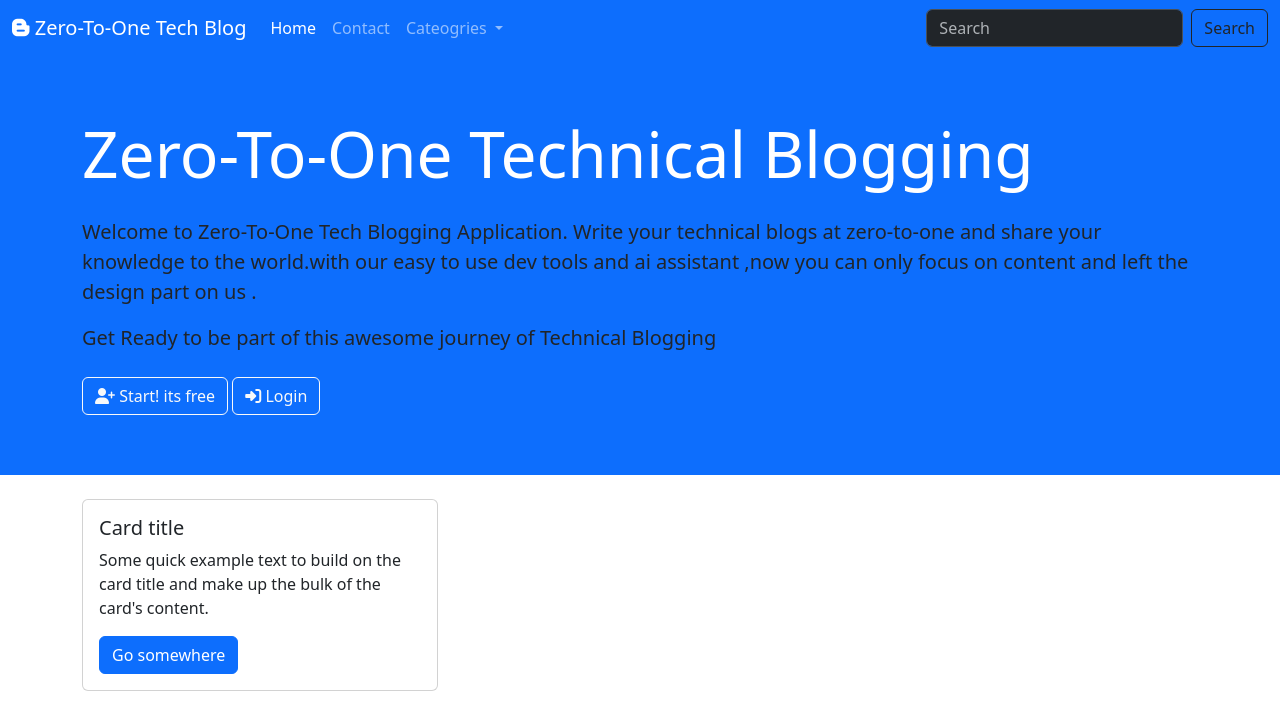
Repository: Gaurav560/PROJECT-ZeroToOne-TechBlog
Page: http://localhost/ZeroToOne/
These files come from the project's save history. The page is drawn as it stood at one moment and after the next save; the edit follows.
The browser window is 1280 px wide. The pictures show the whole page.
Some web libraries are served in a nearby version. The page is served by Tomcat 9. Other server files are loaded and not shown.

Above is the page before, as saved 2023-04-29 07:50:30.

### ZeroToOne/src/main/webapp/index.jsp
<%@page import="com.blog.helper.ConnectionProvider"%>
<%@page import="java.sql.Connection"%>
<%@ page language="java" contentType="text/html; charset=ISO-8859-1"
	pageEncoding="ISO-8859-1"%>
<!DOCTYPE html>
<html>
<head>
<meta charset="ISO-8859-1">
<title>Index page</title>
<!--  Bootstrap css-->
<link
	href="https://cdn.jsdelivr.net/npm/bootstrap@5.3.0-alpha3/dist/css/bootstrap.min.css"
	rel="stylesheet"
	integrity="sha384-KK94CHFLLe+nY2dmCWGMq91rCGa5gtU4mk92HdvYe+M/SXH301p5ILy+dN9+nJOZ"
	crossorigin="anonymous">
<!--css  -->
<link href="css/style.css" rel="stylesheet" type="text/css" />
<!-- font-awesome -->
<script src="https://kit.fontawesome.com/d52455da93.js"
	crossorigin="anonymous"></script>
</head>
<body>
	<%@include file="indexNavbar.jsp"%>

	<!-- jumbotron starts here -->
	<div class="container-fluid m-0 p-0 ">
		<div class="ki bg-primary text-white">
			<div class="container">

				<h3 class="display-3 pb-3">Zero-To-One Technical Blogging</h3>
				<p class="fs-5 text-dark">Welcome to Zero-To-One Tech Blogging
					Application. Write your technical blogs at zero-to-one and share
					your knowledge to the world.with our easy to use dev tools and ai
					assistant ,now you can only focus on content and left the design
					part on us .</p>
				<p class="fs-5 text-dark pb-2">Get Ready to be part of this
					awesome journey of Technical Blogging</p>
				<p></p>
				<button class="btn  btn-outline-light">
					<i class="fa-solid fa-user-plus"></i> Start! its free
				</button>
				<button class="btn   btn-outline-light">
					<i class="fa-solid fa-right-to-bracket"></i> Login
				</button>
			</div>
		</div>
	</div>
	<!-- jumbotron ends here -->
<br>
<!--cards starts here  -->
<div class="container">
<div class="row">

<div class="col-md-4">


<div class="card">

  <div class="card-body">
    <h5 class="card-title">Card title</h5>
    <p class="card-text">Some quick example text to build on the card title and make up the bulk of the card's content.</p>
    <a href="#" class="btn btn-primary text-center">Go somewhere</a>
  </div>
</div>
</div>

</div>


</div>
<!-- cards end here -->


	<!-- jquery cdn -->
	<script src="https://code.jquery.com/jquery-3.6.4.min.js"
		integrity="sha256-oP6HI9z1XaZNBrJURtCoUT5SUnxFr8s3BzRl+cbzUq8="
		crossorigin="anonymous">

	</script>

	<!-- js  -->

	<script
		src="https://cdn.jsdelivr.net/npm/bootstrap@5.3.0-alpha3/dist/js/bootstrap.bundle.min.js"
		integrity="sha384-ENjdO4Dr2bkBIFxQpeoTz1HIcje39Wm4jDKdf19U8gI4ddQ3GYNS7NTKfAdVQSZe"
		crossorigin="anonymous"></script>
	<script src="js/myjs.js" type="text/javascript"></script>

</body>
</html>

### ZeroToOne/src/main/webapp/indexNavbar.jsp
<nav class="navbar navbar-expand-lg  bg-primary dar "   data-bs-theme="dark">
	<div class="container-fluid">

         <a class="navbar-brand" href="#"><i class="fa-brands fa-blogger-b"></i> Zero-To-One Tech Blog </a>
		<button class="navbar-toggler" type="button" data-bs-toggle="collapse"
			data-bs-target="#navbarSupportedContent"
			aria-controls="navbarSupportedContent" aria-expanded="false"
			aria-label="Toggle navigation">
			<span class="navbar-toggler-icon"></span>
		</button>
		<div class="collapse navbar-collapse" id="navbarSupportedContent">
			<ul class="navbar-nav me-auto mb-2 mb-lg-0">
				<li class="nav-item"><a class="nav-link active"
					aria-current="page" href="#">Home</a></li>
				<li class="nav-item"><a class="nav-link" href="#">Contact</a></li>
				<li class="nav-item dropdown"><a
					class="nav-link dropdown-toggle" href="#" role="button"
					data-bs-toggle="dropdown" aria-expanded="false">Cateogries </a>
					<ul class="dropdown-menu">
						<li><a class="dropdown-item" href="#">Action</a></li>
						<li><a class="dropdown-item" href="#">Another action</a></li>
						<li><hr class="dropdown-divider"></li>
						<li><a class="dropdown-item" href="#">Something else here</a></li>
					</ul></li>

			</ul>
			<form class="d-flex" role="search">
				<input class="form-control me-2" type="search" placeholder="Search"
					aria-label="Search">
				<button class="btn btn-outline-dark" type="submit">Search</button>
			</form>
		</div>
	</div>
</nav>

### ZeroToOne/src/main/webapp/css/style.css
.bg-dar{

	padding:14px;
}
.ki{
	padding:60px;
}

Loaded but not shown: ZeroToOne/ZeroToOne/js/myjs.js (no stored copy; drawn as an empty file)

After the next save:
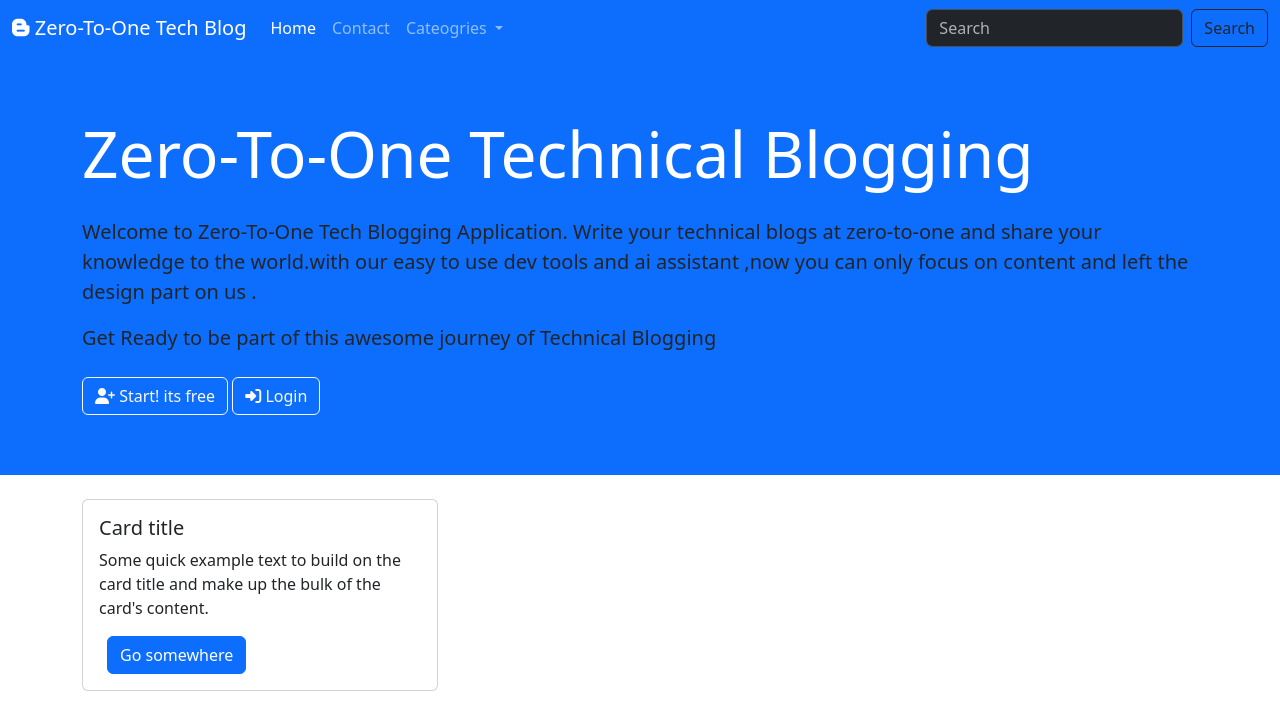
Saved 76 s later.
--- a/ZeroToOne/src/main/webapp/index.jsp
+++ b/ZeroToOne/src/main/webapp/index.jsp
@@ -59,7 +59,7 @@
   <div class="card-body">
     <h5 class="card-title">Card title</h5>
     <p class="card-text">Some quick example text to build on the card title and make up the bulk of the card's content.</p>
-    <a href="#" class="btn btn-primary text-center">Go somewhere</a>
+    <a href="#" class="btn btn-primary ms-2">Go somewhere</a>
   </div>
 </div>
 </div>
